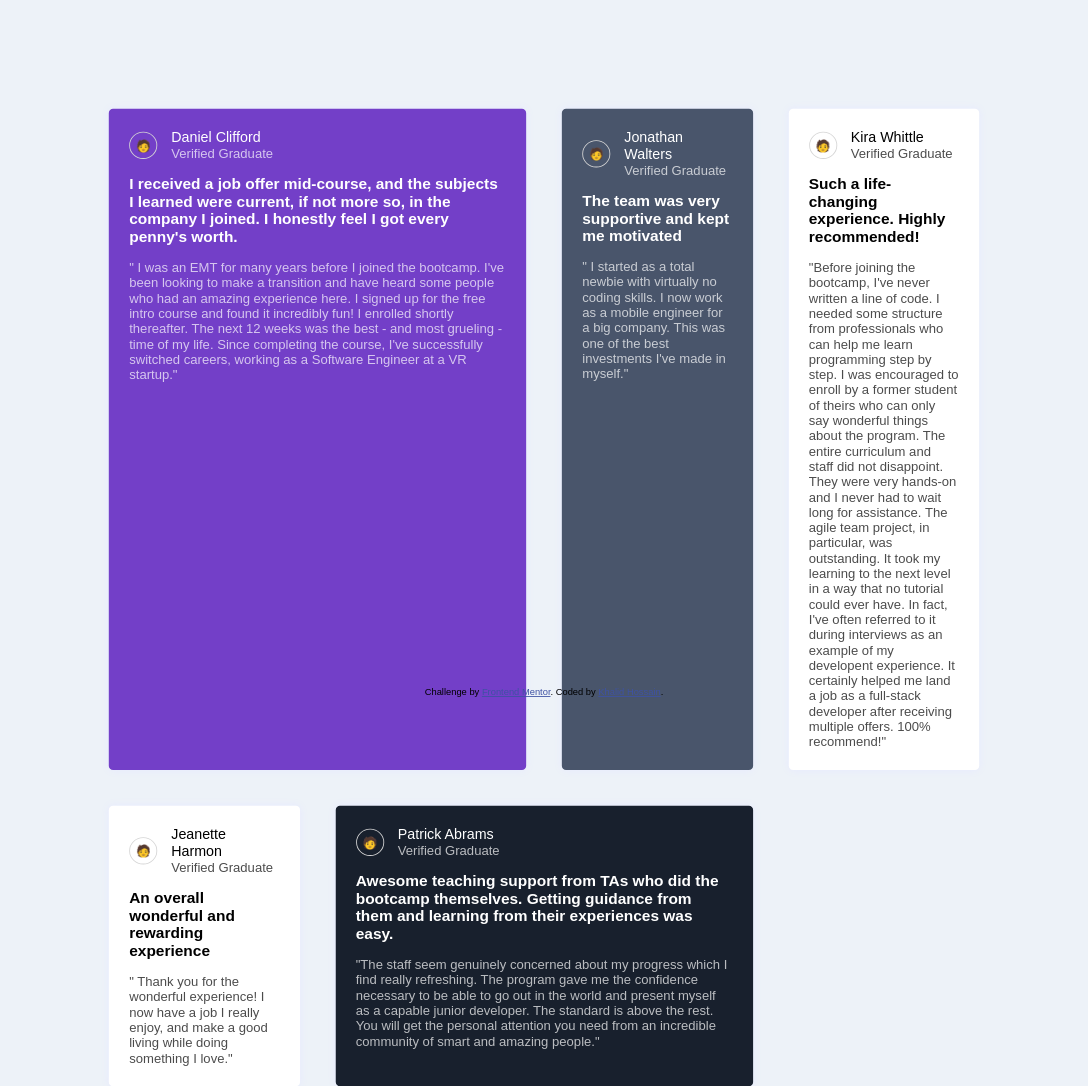
Repository: badhon252/Testimonials-Grid-Section
Page: index.html
An editor plug-in stored every save of this project. The page is shown before and after the next save, followed by the edit.
The browser window is 1280 px wide. The pictures show the whole page, at 85% of full size.

Above is the page before, as saved 2023-02-18 21:00:35.

After the next save:
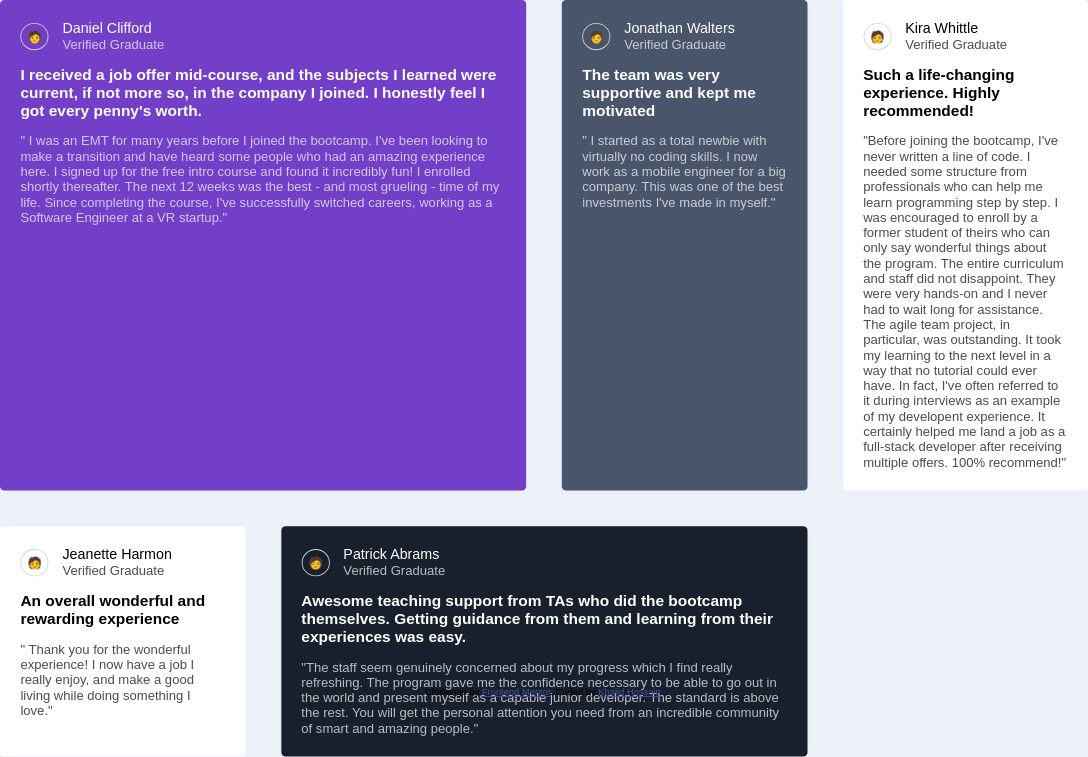
Saved 30 s later.
--- a/css/style.css
+++ b/css/style.css
@@ -36,7 +36,7 @@ p {
     /* grid-template-areas: 'box1 box1 box2 box3' 'box4 box5 box5 box3'; */
     grid-gap: 3em;
     align-items: stretch;
-    margin: 10vw;
+    /* margin: 10vw; */
     max-width: 100vw;
     max-height: 40vh;
 }
